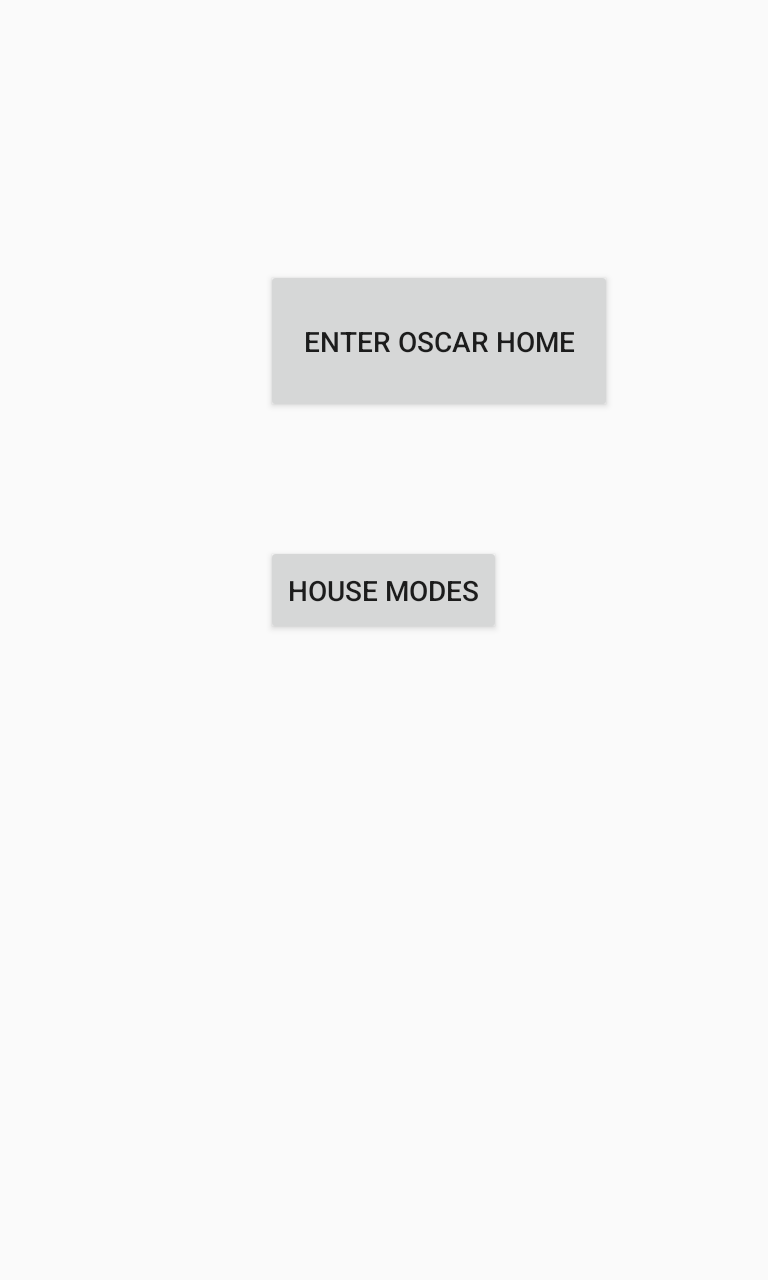
Repository: LogInc/oscar_app
Layout: Android/Oscar/res/layout/activity_home.xml
An editor plug-in stored every save of this project. The layout is shown before and after the next save, followed by the edit.
It is drawn on a 768 x 1280 px phone screen (xhdpi) without system bars, with theme AppTheme; the app's code is not run.

Above is the layout before, as saved 2015-02-19 13:27:49.

After the next save:
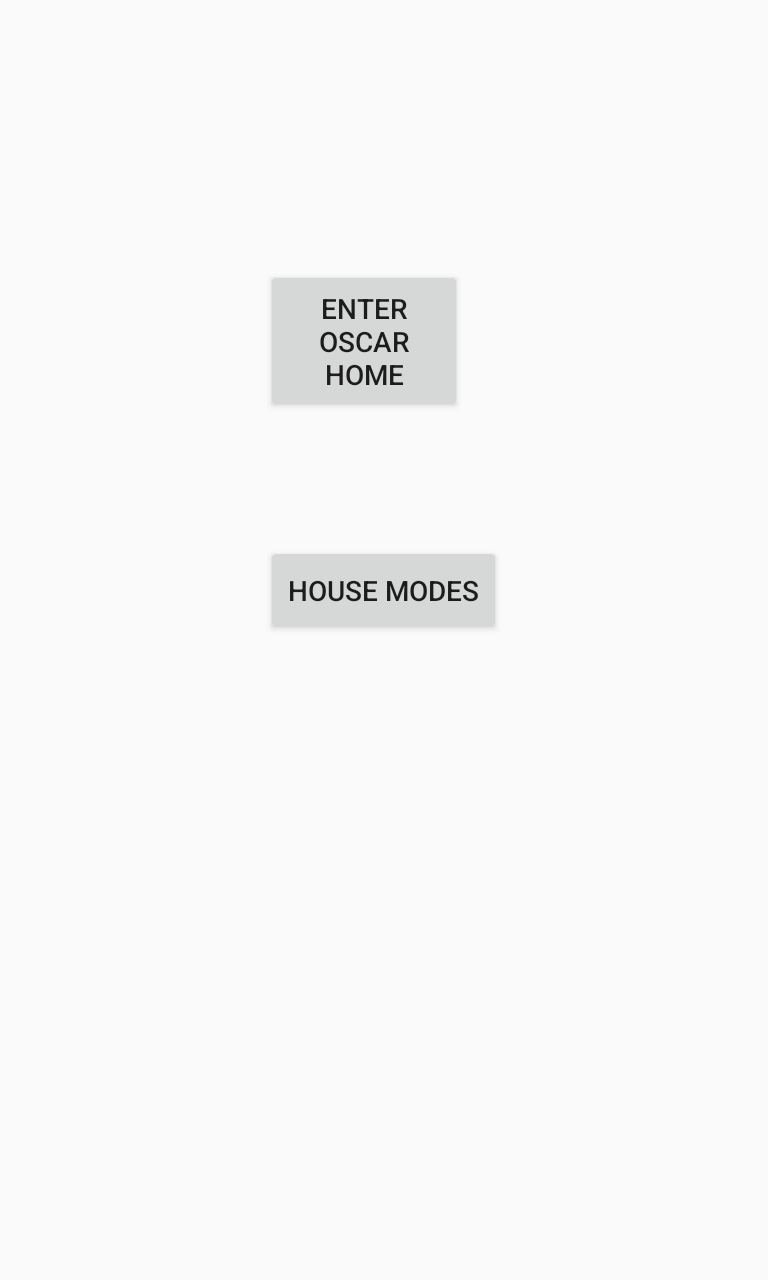
Saved 14 s later.
--- a/Android/Oscar/res/layout/activity_home.xml
+++ b/Android/Oscar/res/layout/activity_home.xml
@@ -15,7 +15,7 @@
 
     <Button
         android:id="@+id/oscarHouse"
-        android:layout_width="175dp"
+        android:layout_width="100dp"
         android:layout_height="75dp"
         android:layout_alignLeft="@+id/modes"
         android:layout_alignParentTop="true"
